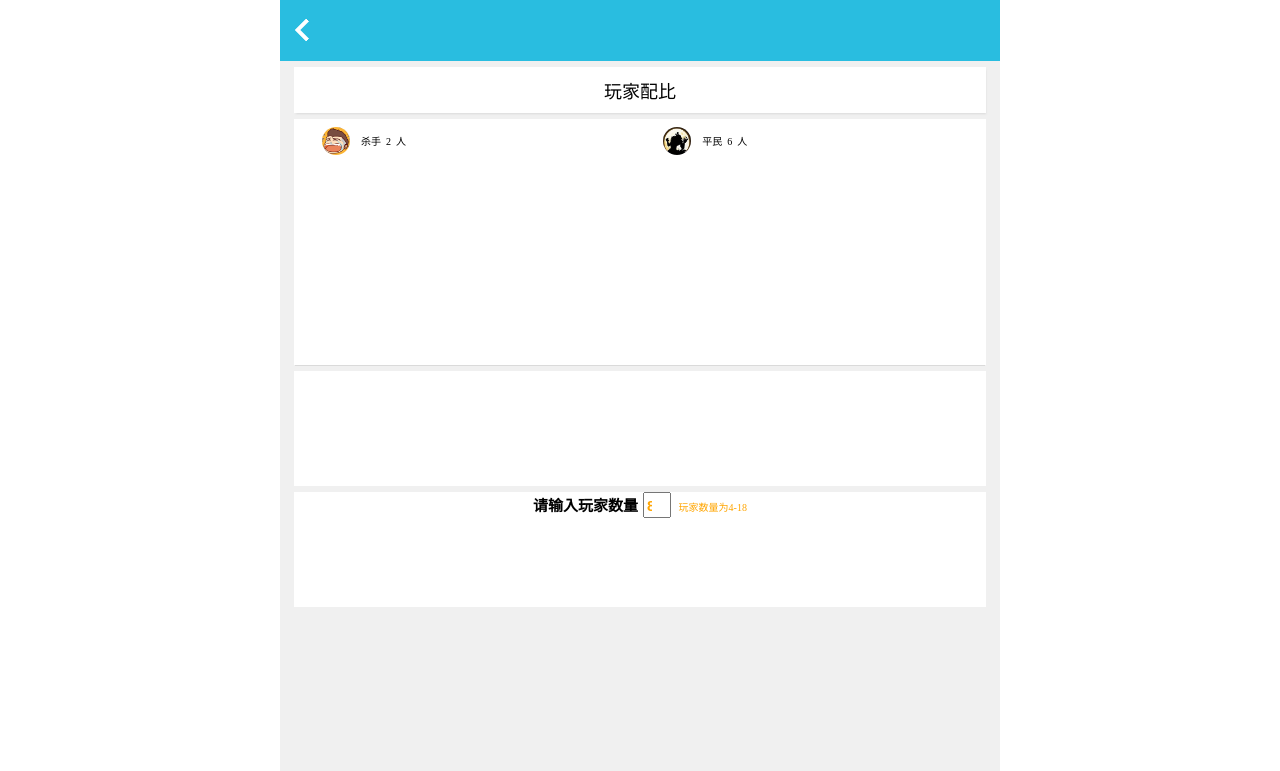
Repository: leozhangpd/My-Codes
Page: JS/two-project/deploy_page.html
The author's editor kept a copy of each file at every save. The page is drawn from the files as they stood at one save, then again after the next save.
The browser window is 1280 px wide. The pictures show the whole page.

Above is the page before, as saved 2020-11-09 17:19:47.

### JS/two-project/deploy_page.html
<!DOCTYPE html>
<html lang="en">
    <head>
        <meta charset="UTF-8">
        <meta name="viewport" content="width=device-width,initial-scale=1.0,maximum-scale=1.0,user-scalable=0" />
        <link rel="stylesheet" href="css/deploy_page.css" type="text/css">
        <title>匹配</title>
    </head>
    <body>
        <header>
            <a href='home_page.html'></a>
        </header>
        <main>
            <div class="title">玩家配比</div>
            <ul class="list">
                <li>
                    <img src="images/footman.png">
                    <span>杀手&nbsp;&nbsp;2&nbsp;&nbsp;人</span>
                </li>
                <li>
                    <img src="images/wolf.png">
                    <span>平民&nbsp;&nbsp;6&nbsp;&nbsp;人</span>
                </li>
            </ul>
            <div class="work-group"></div>
            <div class="player-number">
                <span>请输入玩家数量</span>&nbsp;
                <input type="number" value="8">&nbsp;&nbsp;
                <span>玩家数量为4-18</span>
            </div>
        </main>
        <footer></footer>
    </body>
</html>

### JS/two-project/css/deploy_page.css
ul{
    list-style-type: none;
    margin: 0;padding: 0;
}
button{
    outline: none;
    border:none;
}
html{
    font-size: 62.5%;
    background: #fff;
    height: 100vh;
}
body{
    height: 100%;
    margin:0 auto;
    padding-bottom: 4%;
    max-width: 720px;
    min-width: 320px;
    background: #f0f0f0;
}
header{
    padding: 3% 5% 3% 2.5%;
    background-color: #29bde0;
}
header>a{
    display: inline-block;
    padding: 8px;
    box-shadow: inset 4px -4px 0 0 #ffffff;
    transform: rotate(45deg);
}
header>button div{
    margin-top: .5rem;
    height: .3rem;
    background-color: #fff;
}
main{
    margin:0 auto;
    width: 96%;
}
main>*{background-color: #fff;}
.title{
    padding: 1rem 0;
    margin: .6rem 0;
    text-align: center;
    font-size: 1.8rem;
    font-weight: 540;
    box-shadow: 1px 2px 2px -1px rgb(218, 218, 218);
}
.list{
    min-height: 23rem;
    padding: 8px 0;
    box-shadow: 0 2px 0 -1px rgb(218, 218, 218);
}
.list>li{
    display: inline-block;
    width: 45%;
    margin-left: 4%;
}
.list img{
    float: left;
    width: 28px;
    border-radius: 50%;
}
.list>li>span{
    display: block;
    padding: 6px 0 0 39px;
}
.work-group,
.player-number{
    margin: .6rem 0;
    min-height: 11.5rem;
    text-align: center;
}
.player-number>span:nth-child(1){
    font-size: 1.5rem;
    font-weight: bold;
}
.player-number>input{
    font-size: 1.5rem;
    font-weight: bold;

    width: 2rem;
    height: 2rem;
    text-align: center;
}
.player-number>input,
.player-number>span:nth-of-type(2){
    color: orange;
}

After the next save:
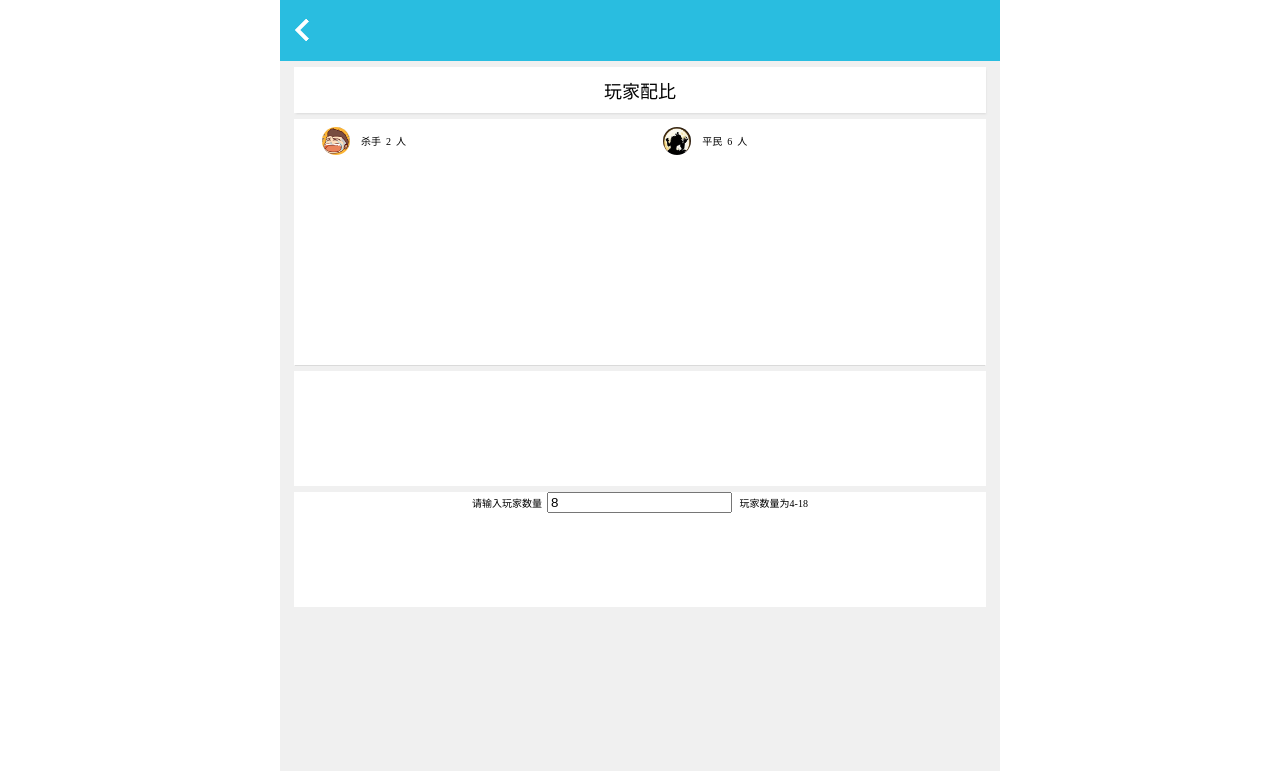
Saved 25 s later.
--- a/JS/two-project/css/deploy_page.css
+++ b/JS/two-project/css/deploy_page.css
@@ -72,7 +72,8 @@
     min-height: 11.5rem;
     text-align: center;
 }
-.player-number>span:nth-child(1){
+.player-number>span:nth-child(1),
+.player-number>input{{
     font-size: 1.5rem;
     font-weight: bold;
 }

After the save that followed:
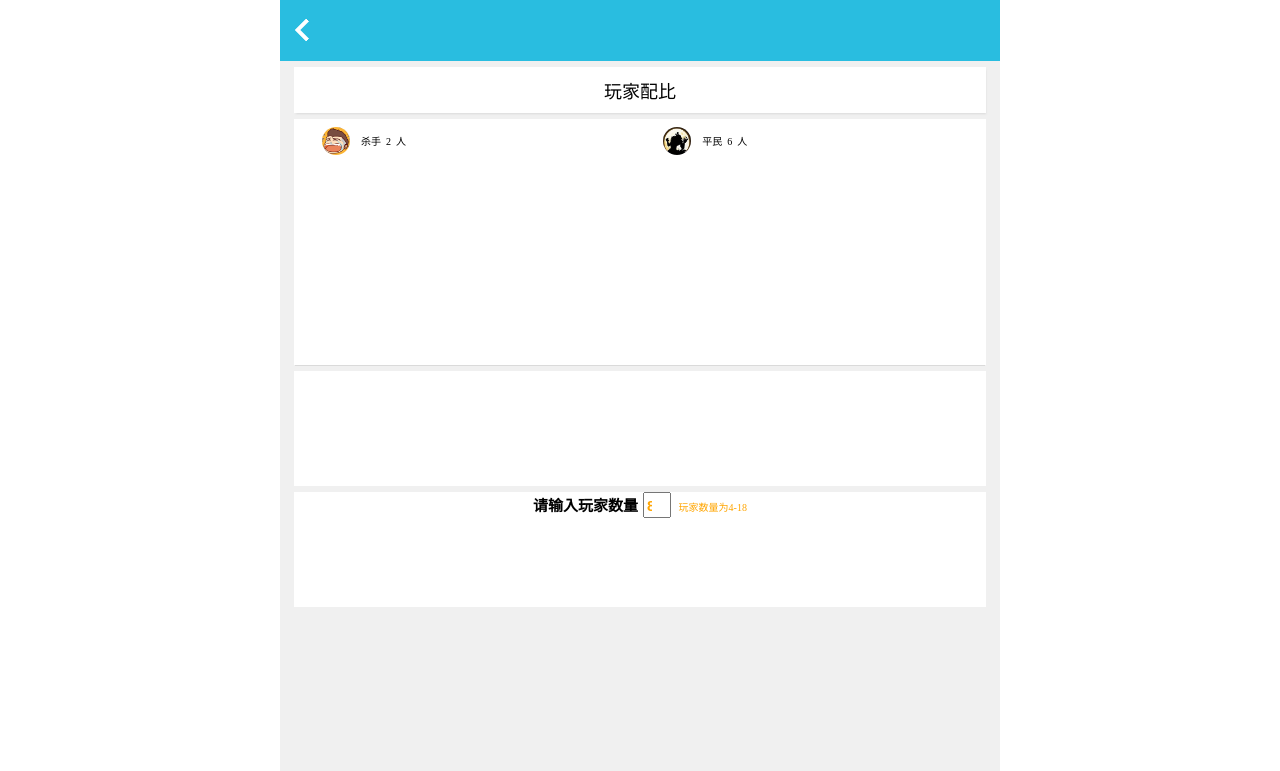
Saved 10 s later.
--- a/JS/two-project/css/deploy_page.css
+++ b/JS/two-project/css/deploy_page.css
@@ -73,7 +73,7 @@
     text-align: center;
 }
 .player-number>span:nth-child(1),
-.player-number>input{{
+.player-number>input{
     font-size: 1.5rem;
     font-weight: bold;
 }
